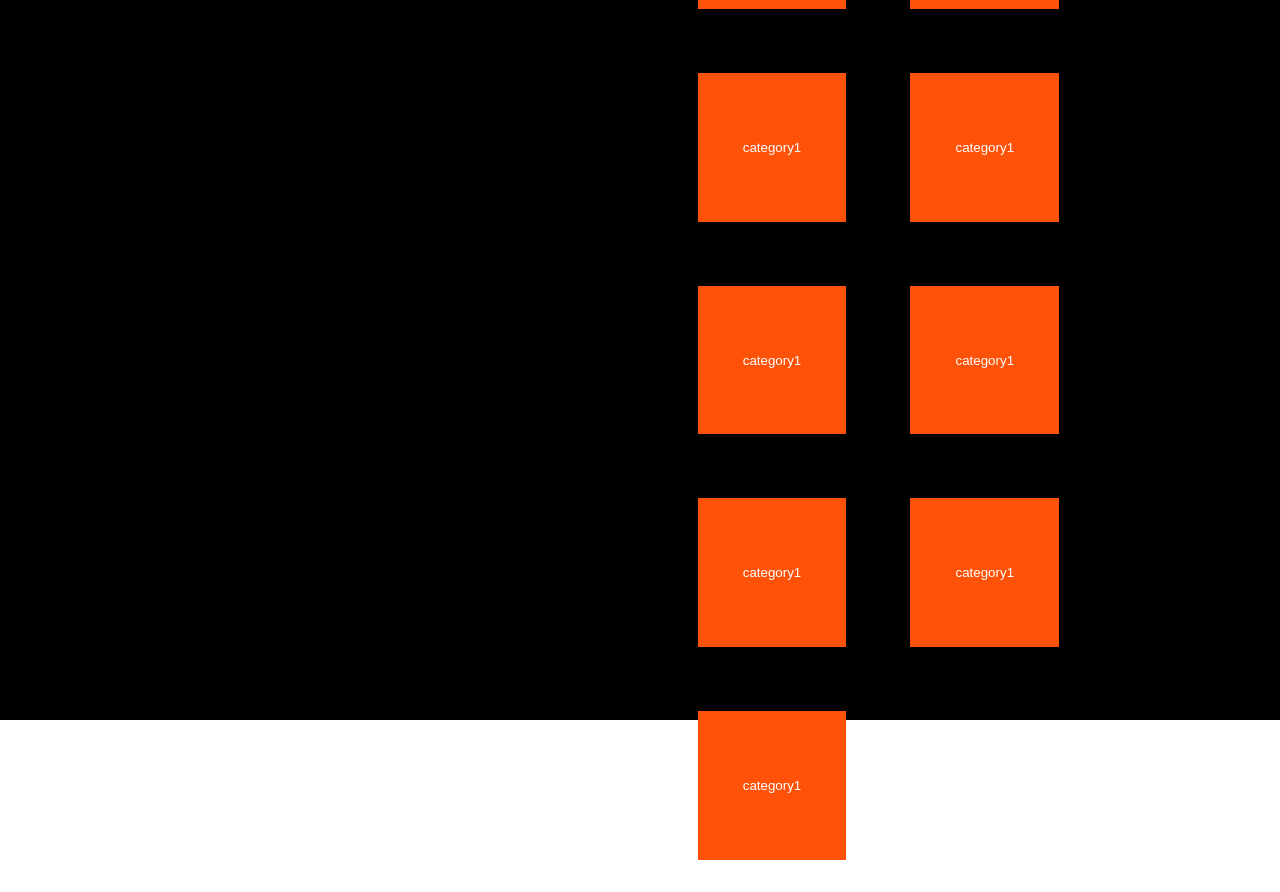
Repository: drumsmanku/react-capstone-project-2
Page: /categories
An editor plug-in stored every save of this project. The page is shown before and after the next save, followed by the edit.
The browser window is 1280 px wide. The pictures show the whole page.
Some web fonts or font styles are not loaded; a fallback is used. The project was rebuilt for these pictures with package versions that can differ from the ones it lists, and the page was loaded fresh each time. Also part of the build but not shown: src/components/RegistrationPage.js, src/components/SubmitSuccess.js.

Above is the page before, as saved 2023-05-24 08:46:31.

After the next save:
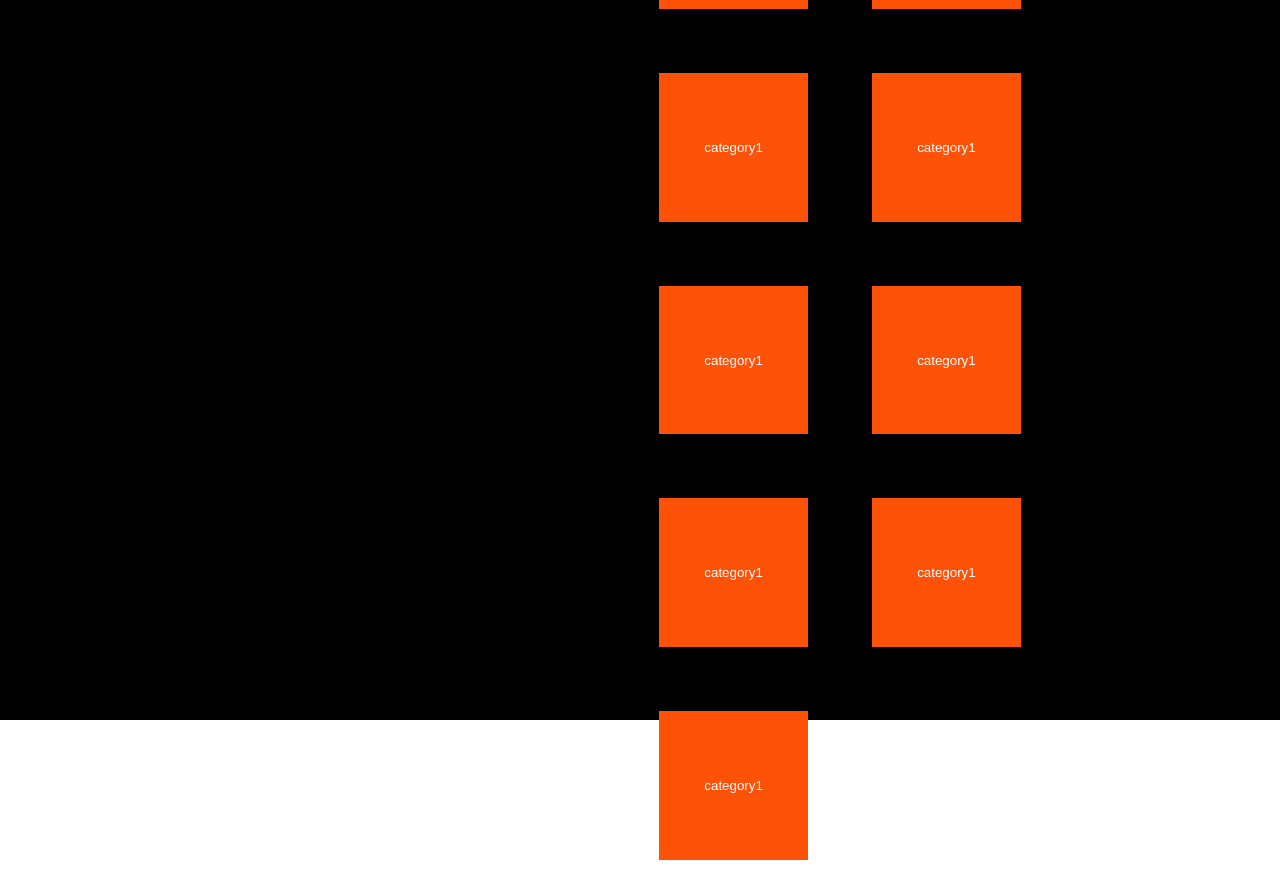
Saved 8 s later.
--- a/src/components/CategoriesPage.css
+++ b/src/components/CategoriesPage.css
@@ -19,5 +19,5 @@
 
 }
 .category-container{
-  width: 60%;
+  width: 70%;
 }
